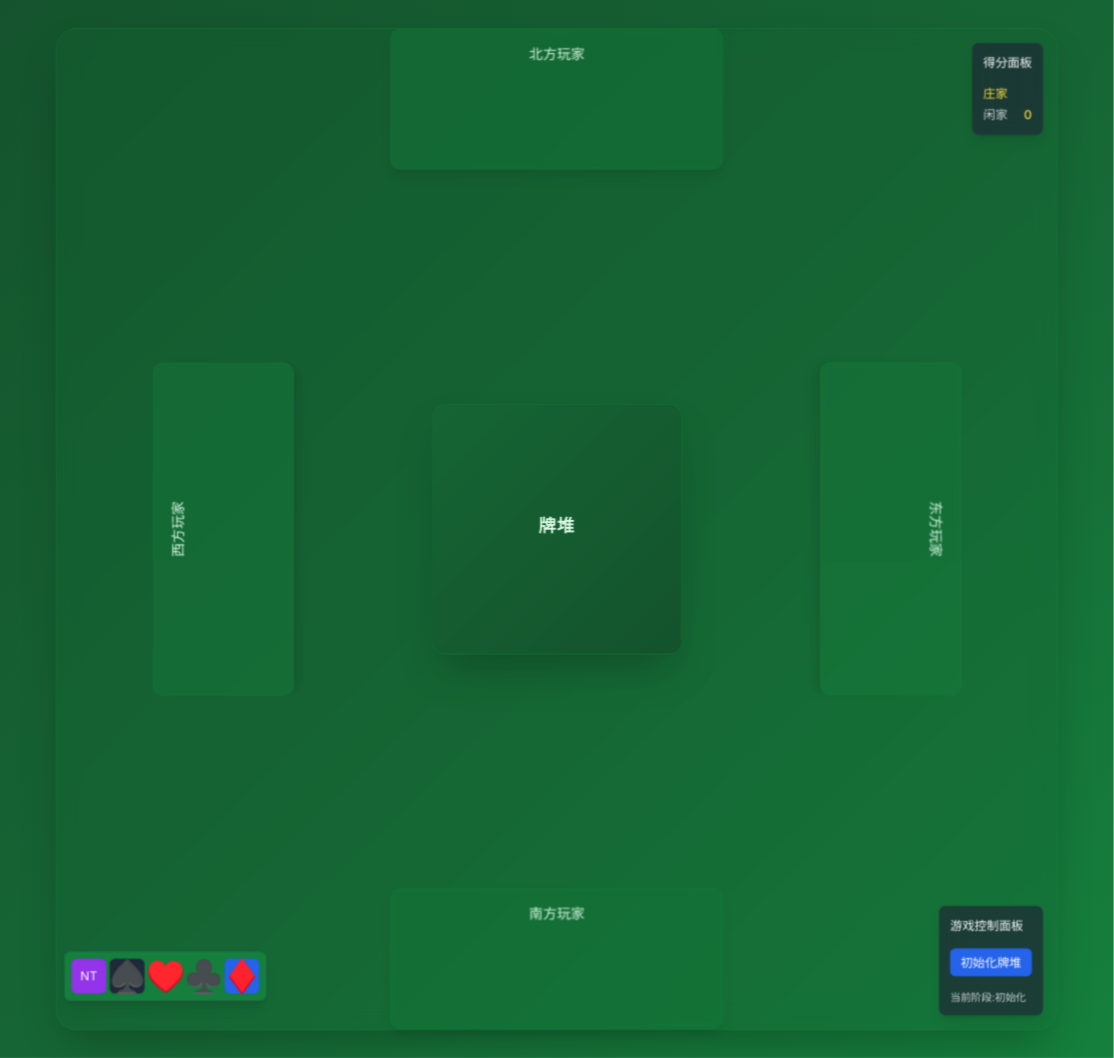
Repository: laofansay/Tractor80
Page: /
An editor plug-in stored every save of this project. The page is shown before and after the next save, followed by the edit.
The browser window is 1280 px wide. The pictures show the whole page, at 87% of full size.
The project was rebuilt for these pictures with package versions that can differ from the ones it lists, and the page was loaded fresh each time. The framework's server and built-in components were replaced by stand-ins that run in the browser. Also part of the build but not shown: next.config.js, app/components/Card.tsx.

Above is the page before, as saved 2025-03-09 00:25:53.

### app/layout.tsx
import type { Metadata } from 'next'
import { Inter } from 'next/font/google'
import './globals.css'

const inter = Inter({ subsets: ['latin'] })

export const metadata: Metadata = {
  title: 'Card Game',
  description: 'A Next.js Card Game Application',
}

export default function RootLayout({
  children,
}: {
  children: React.ReactNode
}) {
  return (
    <html lang="en">
      <body className={inter.className}>{children}</body>
    </html>
  )
}

### app/globals.css
@tailwind base;
@tailwind components;
@tailwind utilities;

:root {
  --foreground-rgb: 0, 0, 0;
  --background-start-rgb: 214, 219, 220;
  --background-end-rgb: 255, 255, 255;
}

@media (prefers-color-scheme: dark) {
  :root {
    --foreground-rgb: 255, 255, 255;
    --background-start-rgb: 0, 0, 0;
    --background-end-rgb: 0, 0, 0;
  }
}

body {
  color: rgb(var(--foreground-rgb));
  background: linear-gradient(
    to bottom,
    transparent,
    rgb(var(--background-end-rgb))
  )
  rgb(var(--background-start-rgb));
}

### app/components/AdminPanel.tsx
'use client';

import { useState } from 'react';
import { Card } from './Card';

type GamePhase = 'initial' | 'dealing' | 'trumpSelection' | 'pickBottomCards' | 'bottomCards' | 'playing';
type Position = 'north' | 'east' | 'south' | 'west';

type AdminPanelProps = {
    onInitialize: () => void;
    onDeal: () => void;
    onPickBottomCards: () => void;
    onBottomCards: () => void;
    onStartPlaying: () => void;
    gamePhase: GamePhase;
    deckLength: number;
    bottomCardsLength: number;
    lastRound?: Record<Position, string[]>;
    roundCount?: number;
};

export function AdminPanel({
    onInitialize,
    onDeal,
    onPickBottomCards,
    onBottomCards,
    onStartPlaying,
    gamePhase,
    deckLength,
    bottomCardsLength,
    lastRound = { north: [], east: [], south: [], west: [] },
    roundCount = 0
}: AdminPanelProps) {

    return (
        <div className="absolute bottom-4 right-4 p-3 bg-gray-800/70 rounded-lg backdrop-blur-md border border-gray-700/50 shadow-lg">
            <div className="flex flex-col gap-2">
                <div className="text-white text-sm mb-2 font-medium">游戏控制面板</div>

                {(gamePhase === 'initial' || gamePhase === 'playing') && (
                    <button
                        onClick={onInitialize}
                        className="px-3 py-1.5 bg-blue-600 hover:bg-blue-500 text-white rounded-md transition-colors text-sm"
                    >
                        {gamePhase === 'playing' ? '重新开始' : '初始化牌堆'}
                    </button>
                )}

                {gamePhase === 'initial' && deckLength > 0 && (
                    <button
                        onClick={onDeal}
                        className="px-3 py-1.5 bg-green-600 hover:bg-green-500 text-white rounded-md transition-colors text-sm"
                    >
                        开始发牌
                    </button>
                )}

                {gamePhase === 'pickBottomCards' && (
                    <button
                        onClick={onPickBottomCards}
                        className="px-3 py-1.5 bg-yellow-600 hover:bg-yellow-500 text-white rounded-md transition-colors text-sm"
                    >
                        庄家拾底
                    </button>
                )}

                {gamePhase === 'bottomCards' && (
                    <button
                        onClick={onBottomCards}
                        className="px-3 py-1.5 bg-yellow-600 hover:bg-yellow-500 text-white rounded-md transition-colors text-sm"
                    >
                        庄家扣底
                    </button>
                )}

                {gamePhase === 'bottomCards' && (
                    <button
                        onClick={onStartPlaying}
                        className="px-3 py-1.5 bg-red-600 hover:bg-red-500 text-white rounded-md transition-colors text-sm"
                    >
                        开始出牌
                    </button>
                )}

                <div className="text-gray-300 text-xs mt-2">
                    当前阶段:
                    {gamePhase === 'initial' && '初始化'}
                    {gamePhase === 'dealing' && '发牌中'}
                    {gamePhase === 'trumpSelection' && '亮主阶段'}
                    {gamePhase === 'pickBottomCards' && '庄家拾底'}
                    {gamePhase === 'bottomCards' && '庄家扣底'}
                    {gamePhase === 'playing' && '出牌阶段'}
                </div>
            </div>
        </div>
    );
}

### app/components/SoundEffect.tsx
'use client';

import { audioManager } from './AudioManager';

export class SoundEffect {
    static #instance;

    constructor() {
        // 私有构造函数，确保单例模式
    }

    public static getInstance(): SoundEffect {
        if (!SoundEffect.#instance) {
            SoundEffect.#instance = new SoundEffect();
        }
        return SoundEffect.#instance;
    }

    /**
     * 预加载音效
     * @param soundId 音效ID
     * @param soundPath 音效文件路径
     * @param fallbackSoundPath 备用音效路径（可选）
     */
    public preloadSound(soundId: string, soundPath: string, fallbackSoundPath?: string): void {
        if (typeof window === 'undefined') return; // 服务器端不执行

        // 使用AudioManager来处理音频加载
        audioManager.preloadSound(soundId, soundPath, fallbackSoundPath);
    }

    /**
     * 播放音效
     * @param soundId 音效ID
     * @returns 是否成功播放
     */
    public playSound(soundId: string): boolean {
        if (typeof window === 'undefined') return false; // 服务器端不执行

        // 使用AudioManager来处理音频播放
        return audioManager.playSound(soundId);
    }

    /**
     * 停止播放音效
     * @param soundId 音效ID
     */
    public stopSound(soundId: string): void {
        if (typeof window === 'undefined') return; // 服务器端不执行

        // 使用AudioManager来处理音频停止
        audioManager.stopSound(soundId);
    }

    /**
     * 检查音效是否已加载并可以播放
     * @param soundId 音效ID
     * @returns 是否可以播放
     */
    public canPlaySound(soundId: string): boolean {
        if (typeof window === 'undefined') return false; // 服务器端不执行

        // 使用AudioManager来检查音频是否可以播放
        return audioManager.canPlaySound(soundId);
    }

    /**
     * 启用或禁用所有音效
     * @param enabled 是否启用音效
     */
    public setAudioEnabled(enabled: boolean): void {
        audioManager.setAudioEnabled(enabled);
    }

    /**
     * 获取音效是否启用
     * @returns 音效是否启用
     */
    public isAudioEnabled(): boolean {
        return audioManager.isAudioEnabled();
    }
}

// 导出单例实例
export const soundEffect = SoundEffect.getInstance();

### app/components/ScorePanel.tsx
import React from 'react';

interface ScorePanelProps {
  scores: {
    north: number;
    east: number;
    south: number;
    west: number;
  };
  dealerPosition: Position;
}

type Position = 'north' | 'east' | 'south' | 'west';

export function ScorePanel({ scores, dealerPosition }: ScorePanelProps) {
  // 计算庄家和闲家的总分
  const dealerScore = scores[dealerPosition];
  const nonDealerScore = Object.entries(scores)
    .filter(([position]) => position !== dealerPosition)
    .reduce((total, [_, score]) => total + score, 0);

  return (
    <div className="absolute top-4 right-4 p-3 bg-gray-800/70 rounded-lg backdrop-blur-md border border-gray-700/50 shadow-lg">
      <div className="flex flex-col gap-2">
        <div className="text-white text-sm mb-2 font-medium">得分面板</div>
        <div className="space-y-1">
          <div className="flex justify-between text-sm">
            <span className="text-yellow-300">庄家</span>
            <span className="text-yellow-300 font-medium ml-4">{dealerScore}</span>
          </div>
          <div className="flex justify-between text-sm">
            <span className="text-gray-300">闲家</span>
            <span className="text-yellow-300 font-medium ml-4">{nonDealerScore}</span>
          </div>
        </div>
      </div>
    </div>
  );
}

### app/components/TrumpSelectionPanel.tsx
'use client';

import React from 'react';

type TrumpSelectionPanelProps = {
  onSelectTrump: (trumpSuit: string | null) => void;
  gamePhase: string;
};

export function TrumpSelectionPanel({ onSelectTrump, gamePhase }: TrumpSelectionPanelProps) {
  // 只在亮主阶段显示
  if (gamePhase !== 'trumpSelection') {
    //return null;
  }

  return (
    <div className="absolute bottom-8 left-2 p-2 bg-green-700 hover:bg-green-600 rounded-lg backdrop-blur-md border border-gray-700/50 shadow-lg">
      <div className="flex flex-row gap-1">
        <button
          onClick={() => onSelectTrump(null)}
          className="w-10 h-10 bg-purple-600 hover:bg-purple-500 text-white rounded-md transition-colors text-sm flex items-center justify-center"
          title="无主"
        >
          NT
        </button>
        <button
          onClick={() => onSelectTrump('S')}
          className="w-10 h-10 bg-gray-800 hover:bg-gray-700 text-white rounded-md transition-colors text-4xl flex items-center justify-center"
          title="黑桃"
        >
          ♠️
        </button>
        <button
          onClick={() => onSelectTrump('H')}
          className="w-10 h-10 hover:bg-red-500 text-white rounded-md transition-colors text-4xl flex items-center justify-center"
          title="红桃"
        >
          ♥️
        </button>
        <button
          onClick={() => onSelectTrump('C')}
          className="w-10 h-10 bg-green-700 hover:bg-green-600 text-white rounded-md transition-colors text-4xl flex items-center justify-center"
          title="梅花"
        >
          ♣️
        </button>
        <button
          onClick={() => onSelectTrump('D')}
          className="w-10 h-10 bg-blue-600 hover:bg-blue-500 text-white rounded-md transition-colors text-4xl flex items-center justify-center"
          title="方块"
        >
          ♦️
        </button>
      </div>
    </div>
  );
}

### app/components/AudioManager.tsx
'use client';

/**
 * 音频管理器类
 * 提供音效加载、播放和错误处理功能
 */
export class AudioManager {
  private static instance: AudioManager;
  private audioElements: Map<string, HTMLAudioElement> = new Map();
  private fallbackMode: boolean = false;
  private audioEnabled: boolean = true;

  private constructor() {
    // 私有构造函数，确保单例模式
    this.checkAudioSupport();
  }

  public static getInstance(): AudioManager {
    if (!AudioManager.instance) {
      AudioManager.instance = new AudioManager();
    }
    return AudioManager.instance;
  }

  /**
   * 检查浏览器是否支持音频
   */
  private checkAudioSupport(): void {
    if (typeof window === 'undefined') return;

    try {
      const audio = new Audio();
      this.audioEnabled = !!audio && typeof audio.play === 'function';
      if (!this.audioEnabled) {
        console.warn('当前环境不支持音频播放');
      }
    } catch (error) {
      console.error('检查音频支持时出错:', error);
      this.audioEnabled = false;
    }
  }

  /**
   * 预加载音效
   * @param soundId 音效ID
   * @param soundPath 音效文件路径
   * @param fallbackSoundPath 备用音效路径（可选）
   */
  public preloadSound(soundId: string, soundPath: string, fallbackSoundPath?: string): void {
    if (typeof window === 'undefined' || !this.audioEnabled) return;

    if (!this.audioElements.has(soundId)) {
      try {
        // 确保路径正确，添加基础URL前缀
        const fullPath = soundPath.startsWith('/') ? soundPath : `/${soundPath}`;
        const baseUrl = window.location.origin;
        const absolutePath = new URL(fullPath, baseUrl).toString();

        const audio = new Audio();
        audio.preload = 'auto';

        // 添加加载错误处理
        audio.addEventListener('error', (e) => {
          const errorDetails = {
            code: audio.error?.code,
            message: audio.error?.message,
            path: absolutePath
          };
          console.error(`音效 ${soundId} 加载失败:`, errorDetails);

          // 尝试加载备用音效
          if (fallbackSoundPath && !this.fallbackMode) {
            console.log(`尝试加载备用音效: ${fallbackSoundPath}`);
            this.fallbackMode = true;
            this.preloadSound(soundId, fallbackSoundPath);
          }
        });

        // 添加加载成功处理
        audio.addEventListener('canplaythrough', () => {
          console.log(`音效 ${soundId} 加载成功，可以播放`);
        });

        // 设置音频源
        audio.src = absolutePath;

        this.audioElements.set(soundId, audio);
      } catch (error) {
        console.error(`音效 ${soundId} 初始化失败:`, error);
      }
    }
  }

  /**
   * 播放音效
   * @param soundId 音效ID
   * @returns 是否成功播放
   */
  public playSound(soundId: string): boolean {
    if (typeof window === 'undefined' || !this.audioEnabled) return false;

    const audio = this.audioElements.get(soundId);
    if (audio) {
      // 检查音频是否已加载并可以播放
      if (audio.error) {
        console.error(`音效 ${soundId} 无法播放，加载失败:`, audio.error);
        return false;
      }

      // 检查音频是否已经加载足够的数据可以播放
      if (audio.readyState < 2) { // HAVE_CURRENT_DATA or higher
        console.warn(`音效 ${soundId} 尚未加载完成，无法播放`);
        return false;
      }

      try {
        // 重置音频以便重复播放
        audio.currentTime = 0;
        const playPromise = audio.play();

        if (playPromise !== undefined) {
          playPromise.catch(error => {
            console.error(`播放音效 ${soundId} 失败:`, error);
          });
        }
        return true;
      } catch (error) {
        console.error(`播放音效 ${soundId} 时出错:`, error);
        return false;
      }
    } else {
      console.warn(`音效 ${soundId} 未预加载`);
      return false;
    }
  }

  /**
   * 停止播放音效
   * @param soundId 音效ID
   */
  public stopSound(soundId: string): void {
    if (typeof window === 'undefined' || !this.audioEnabled) return;

    const audio = this.audioElements.get(soundId);
    if (audio) {
      try {
        audio.pause();
        audio.currentTime = 0;
      } catch (error) {
        console.error(`停止音效 ${soundId} 时出错:`, error);
      }
    }
  }

  /**
   * 检查音效是否已加载并可以播放
   * @param soundId 音效ID
   * @returns 是否可以播放
   */
  public canPlaySound(soundId: string): boolean {
    if (typeof window === 'undefined' || !this.audioEnabled) return false;

    const audio = this.audioElements.get(soundId);
    if (!audio) return false;

    // 检查音频元素是否有错误
    if (audio.error) return false;

    // 检查音频是否已经加载足够的数据可以播放
    return audio.readyState >= 2; // HAVE_CURRENT_DATA or higher
  }

  /**
   * 启用或禁用所有音效
   * @param enabled 是否启用音效
   */
  public setAudioEnabled(enabled: boolean): void {
    this.audioEnabled = enabled;
  }

  /**
   * 获取音效是否启用
   * @returns 音效是否启用
   */
  public isAudioEnabled(): boolean {
    return this.audioEnabled;
  }

  /**
   * 创建一个简单的音效（用于在无法加载外部音效时使用）
   * @param frequency 频率（赫兹）
   * @param duration 持续时间（毫秒）
   * @param volume 音量（0-1）
   * @returns 音频元素
   */
  public createToneSound(frequency: number = 440, duration: number = 200, volume: number = 0.5): HTMLAudioElement | null {
    if (typeof window === 'undefined' || !this.audioEnabled) return null;

    try {
      // 检查是否支持Web Audio API
      if (!window.AudioContext && !(window as any).webkitAudioContext) {
        console.warn('当前浏览器不支持Web Audio API');
        return null;
      }

      const AudioContext = window.AudioContext || (window as any).webkitAudioContext;
      const audioCtx = new AudioContext();

      // 创建振荡器
      const oscillator = audioCtx.createOscillator();
      oscillator.type = 'sine';
      oscillator.frequency.setValueAtTime(frequency, audioCtx.currentTime);

      // 创建音量控制
      const gainNode = audioCtx.createGain();
      gainNode.gain.setValueAtTime(volume, audioCtx.currentTime);

      // 连接节点
      oscillator.connect(gainNode);
      gainNode.connect(audioCtx.destination);

      // 创建音频元素
      const audio = new Audio();

      // 开始振荡
      oscillator.start();

      // 设置定时器停止振荡
      setTimeout(() => {
        oscillator.stop();
        audioCtx.close();
      }, duration);

      return audio;
    } catch (error) {
      console.error('创建音效失败:', error);
      return null;
    }
  }
}

// 导出单例实例
export const audioManager = AudioManager.getInstance();

Loaded but not shown: tailwind.config.js (19 lines, source omitted); app/page.tsx (581 lines, source omitted); app/components/CardArea.tsx (205 lines, source omitted)

After the next save:
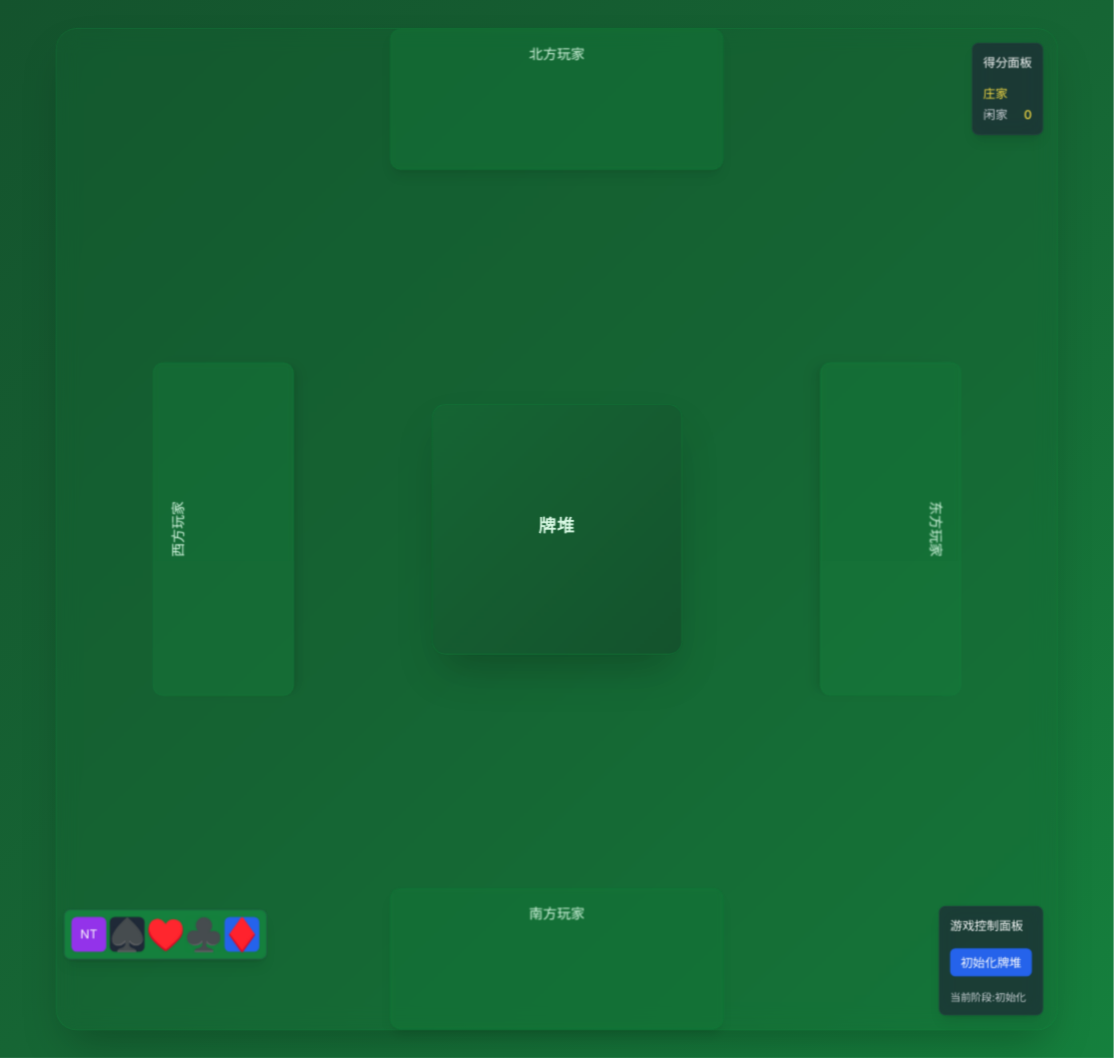
Saved 5 s later.
--- a/app/components/TrumpSelectionPanel.tsx
+++ b/app/components/TrumpSelectionPanel.tsx
@@ -14,7 +14,7 @@ export function TrumpSelectionPanel({ onSelectTrump, gamePhase }: TrumpSelection
   }
 
   return (
-    <div className="absolute bottom-8 left-2 p-2 bg-green-700 hover:bg-green-600 rounded-lg backdrop-blur-md border border-gray-700/50 shadow-lg">
+    <div className="absolute bottom-20 left-2 p-2 bg-green-700 hover:bg-green-600 rounded-lg backdrop-blur-md border border-gray-700/50 shadow-lg">
       <div className="flex flex-row gap-1">
         <button
           onClick={() => onSelectTrump(null)}
